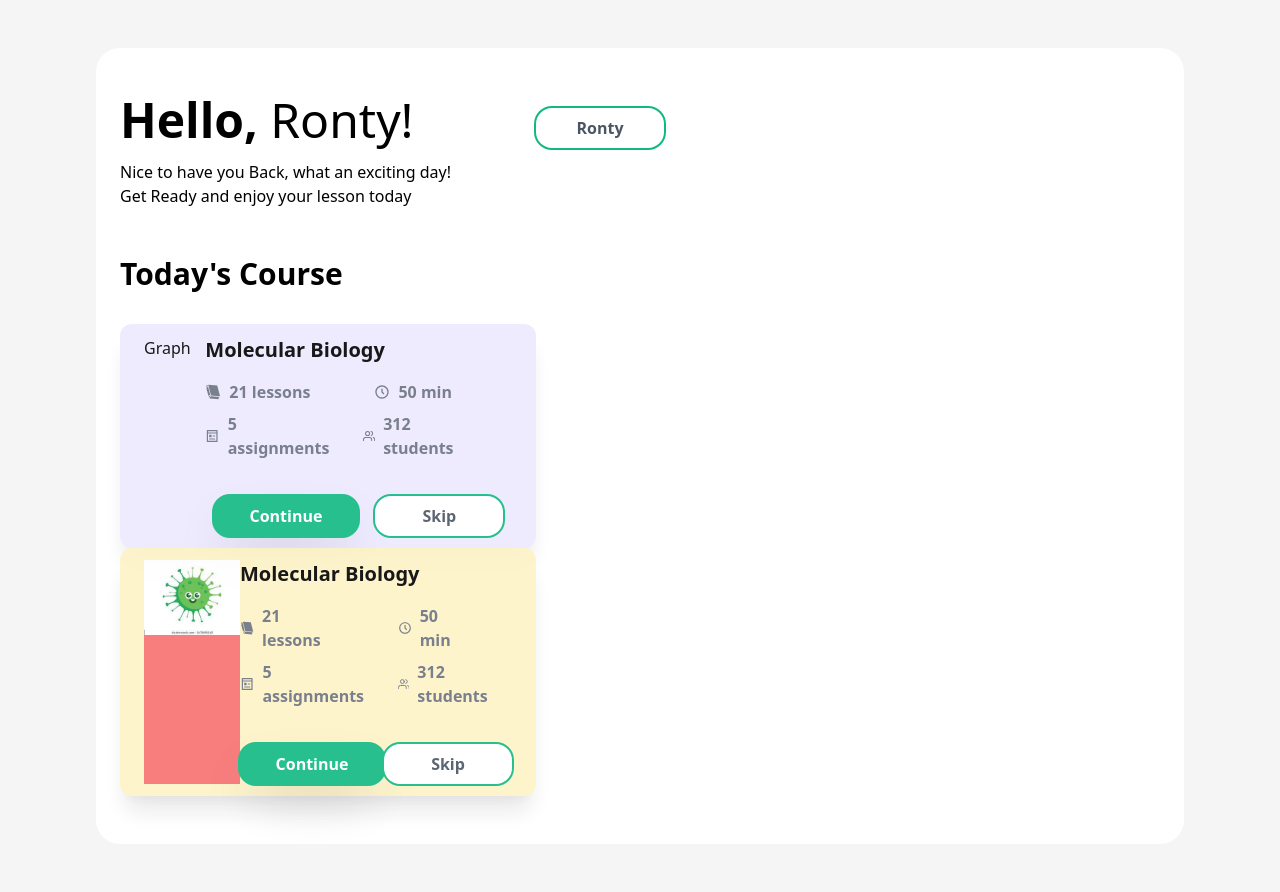
Repository: coolronts/Vite-Tailwind
Page: /
The author's editor kept a copy of each file at every save. The page is drawn from the files as they stood at one save, then again after the next save.
The browser window is 1280 px wide. The pictures show the whole page.
The project was rebuilt for these pictures with package versions that can differ from the ones it lists, and the page was loaded fresh each time. Also part of the build but not shown: vite.config.js.

Above is the page before, as saved 2021-11-26 13:48:39.

After the next save:
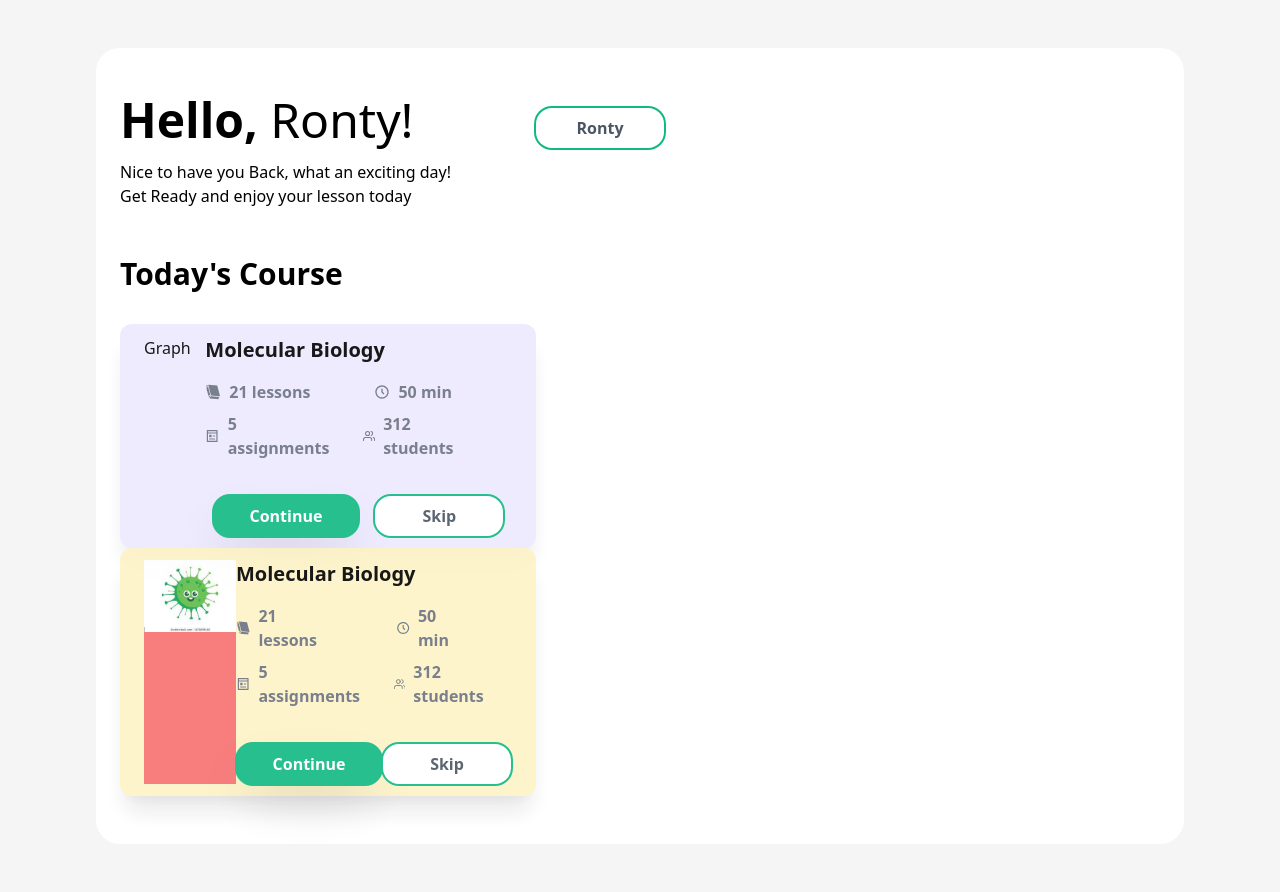
Saved 14 s later.
--- a/src/Section/Class/index.jsx
+++ b/src/Section/Class/index.jsx
@@ -15,7 +15,7 @@ export default function Class({
   students = "312"
 }) {
   return (
-    <SplitScreen leftWeight = 'w-1/2 bg-red-400' rightWeight = 'w-full'>
+    <SplitScreen leftWeight = 'w-1/3 bg-red-400' rightWeight = 'w-full'>
       <div id="left">
         <img className="h-1/2 object-fill" src="data:[embedded picture, 7543 characters]" alt=""/>
       </div>
